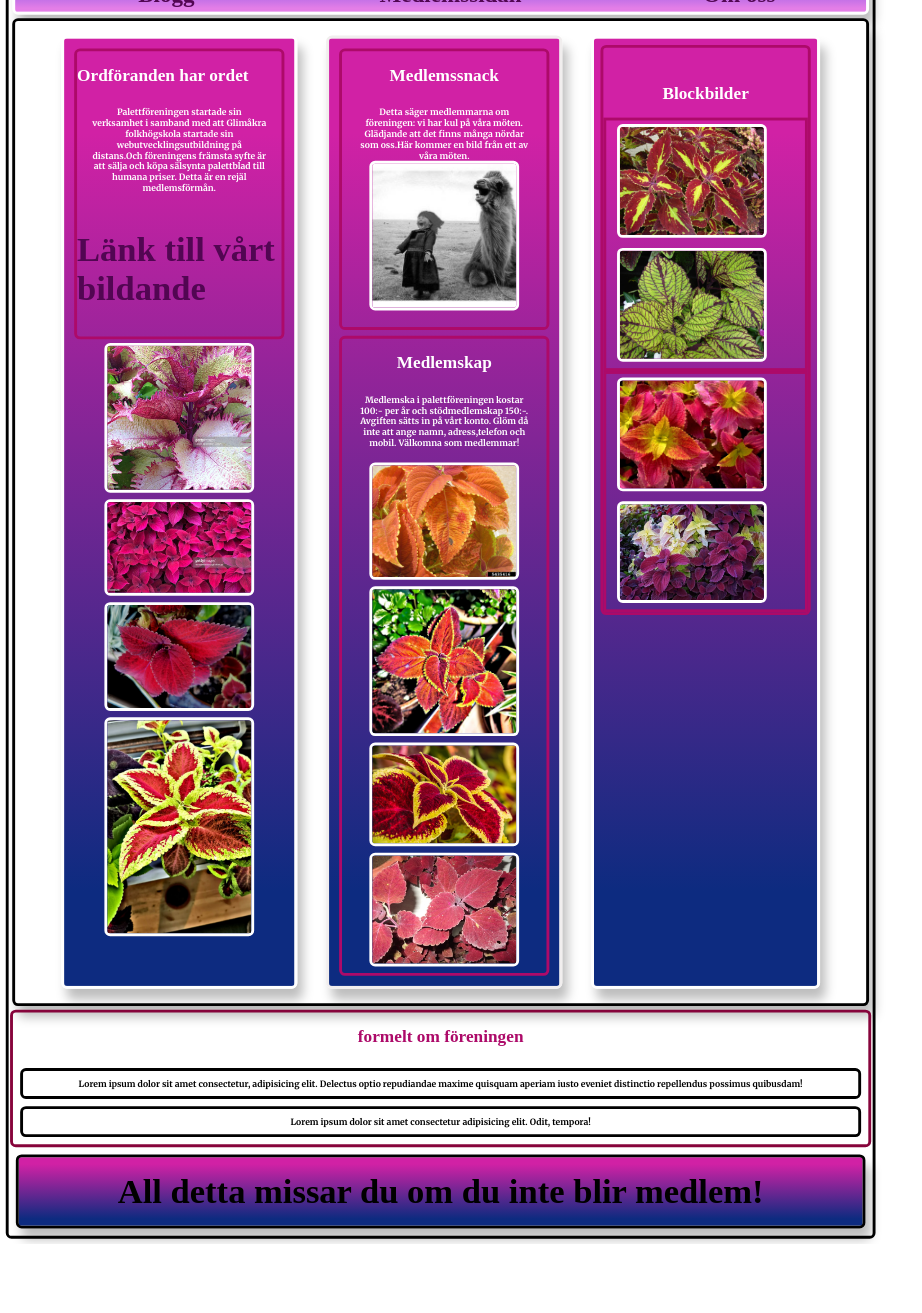
Repository: Webutveckling-20-21/lektion-3-CSS
Page: om oss.html
The author's editor kept a copy of each file at every save. The page is drawn from the files as they stood at one save, then again after the next save.
The browser window is 1280 px wide. The pictures show the part of the page from y = 117 to 1941 px (the page is 1941 px tall before and 1906 px after), at 72% of full size.
A picture or video elsewhere on the page could not be fetched, so the positions and the page height are approximate. Some web fonts or font styles are not loaded; a fallback is used.

Above is the page before, as saved 2021-10-07 16:20:31.

After the next save:
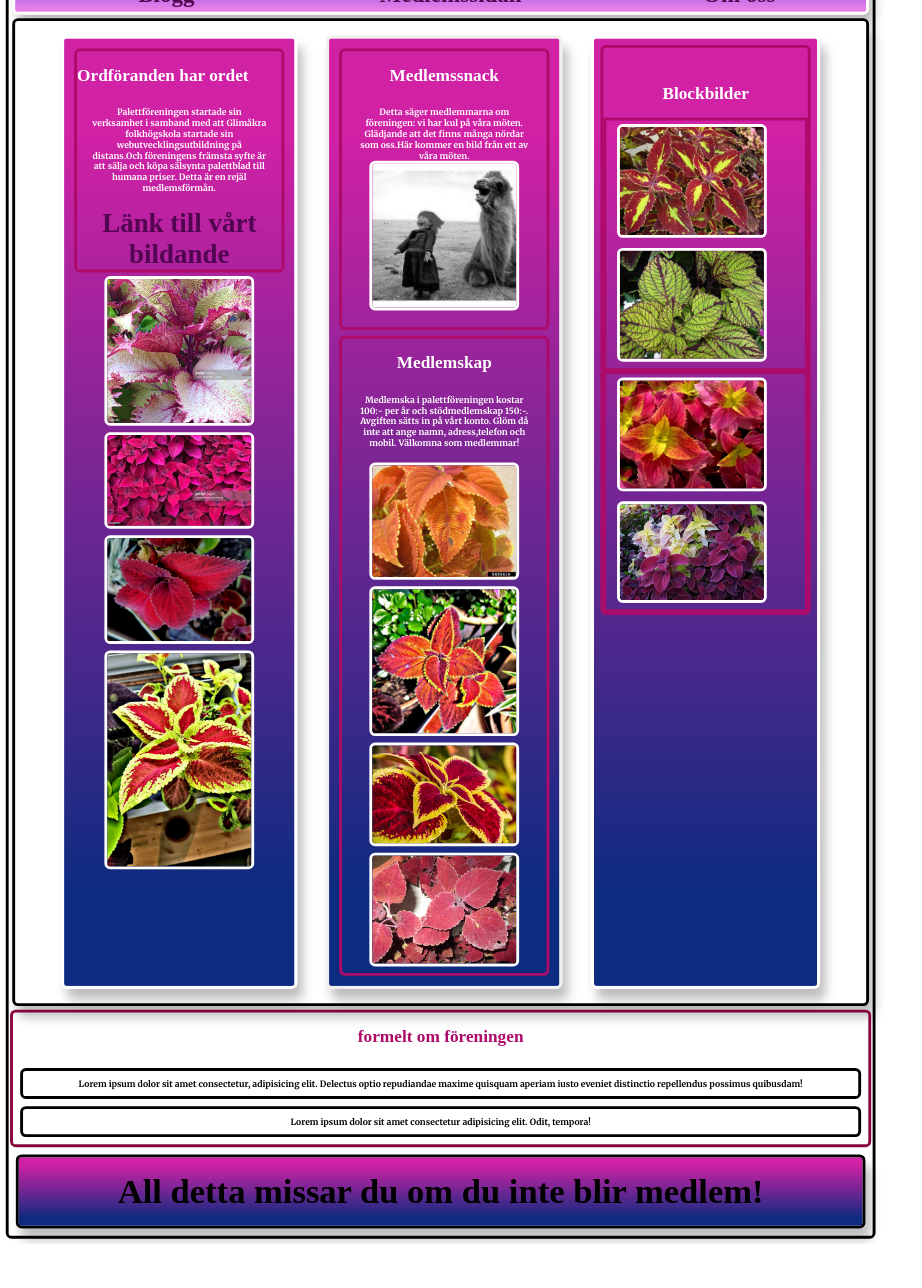
Saved 10 s later.
--- a/om oss.html
+++ b/om oss.html
@@ -68,7 +68,7 @@
             <div class="text-info">
                 <h2>Ordföranden har ordet</h2>
                 <p> Palettföreningen startade sin verksamhet i samband med att Glimåkra folkhögskola startade sin webutvecklingsutbildning på distans.Och föreningens främsta syfte är att sälja och köpa sälsynta palettblad till humana priser. Detta är en rejäl medlemsförmån.</p>
-                <a href="https://glimnet.se/pages/om-skolan"> <h2>   Länk till vårt bildande  </h2>
+                <a href="https://glimnet.se/pages/om-skolan"> <h3>   Länk till vårt bildande  </h3>
                     </a>
             </div>
             <div class="pics1 pics"> <img src="images/col8.jpg" alt="" class="thumbnail"> </div>
